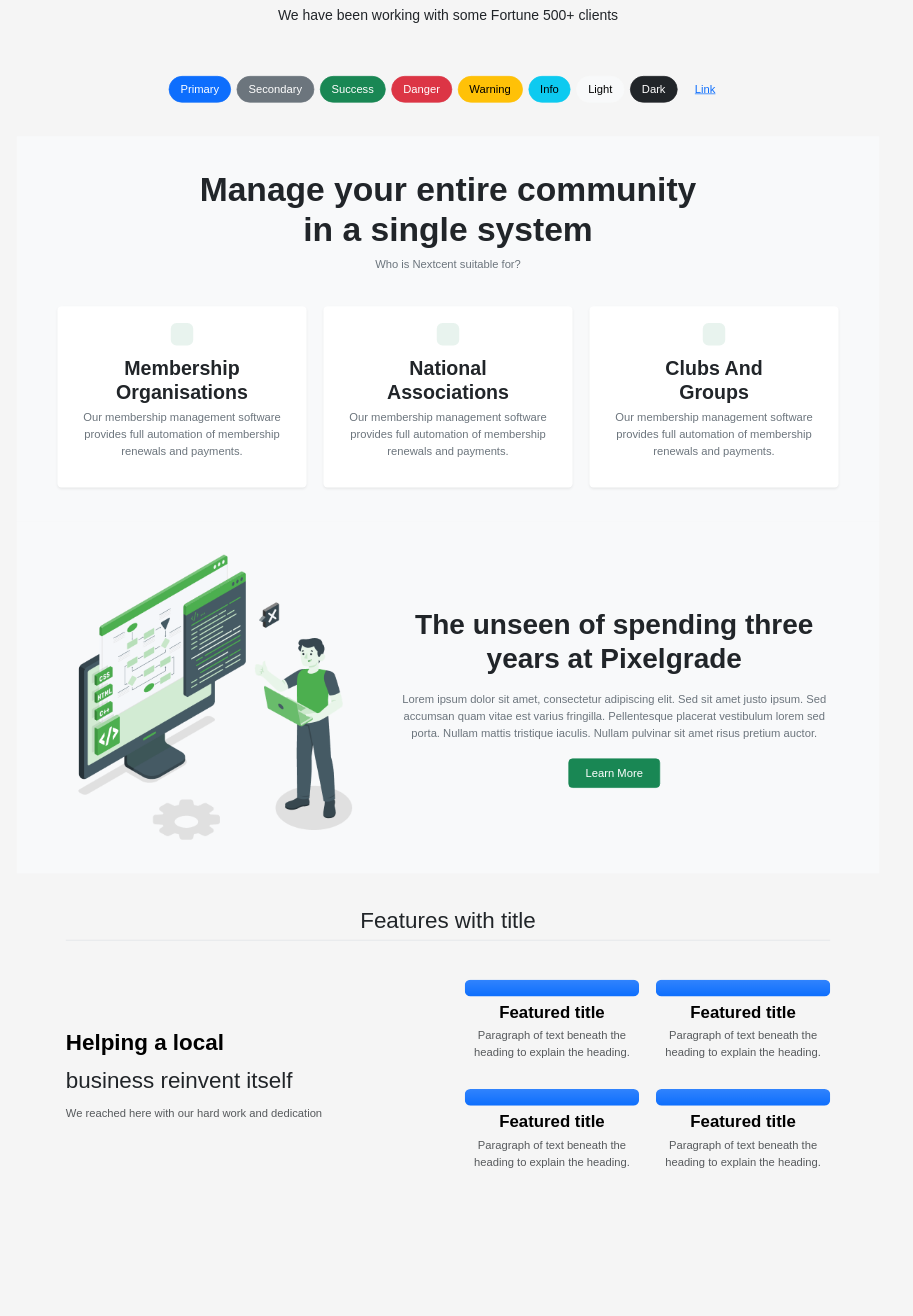
Repository: Laibaaa10/Bootstrap1
Page: index.html
The author's editor kept a copy of each file at every save. The page is drawn from the files as they stood at one save, then again after the next save.
The browser window is 1280 px wide. The page is 1304 px wide, so the pictures cover 1304 px, including what lies to the right of the window. The pictures show the part of the page from y = 972 to 2852 px (the page is 2852 px tall before and 2315 px after), at 70% of full size.

Above is the page before, as saved 2026-06-18 07:41:29.

### index.html
<!DOCTYPE html>
<html lang="en">

<head>
    <meta charset="UTF-8">
    <meta name="viewport" content="width=device-width, initial-scale=1.0">
    <title>Navbar</title>
    <link href="https://cdn.jsdelivr.net/npm/bootstrap@5.3.3/dist/css/bootstrap.min.css" rel="stylesheet">
    <link rel="stylesheet" href="style.css">
</head>

<body>
    <!-- Navbar start  -->

    <nav class="navbar navbar-expand-lg custom-navbar">
        <div class="container">


            <a class="navbar-brand d-flex align-items-center w-" href="#">
                <img src="./images/Logo (1).png" alt="Logo" class="logo">
            </a>



            <button class="navbar-toggler" type="button" data-bs-toggle="collapse" data-bs-target="#navbarContent">
                <span class="navbar-toggler-icon"></span>
            </button>

            <div class="collapse navbar-collapse" id="navbarContent">

                <ul class="navbar-nav mx-auto mb-2 mb-lg-0">
                    <li class="nav-item">
                        <a class="nav-link active" href="#">Home</a>
                    </li>
                    <li class="nav-item">
                        <a class="nav-link" href="#">Features</a>
                    </li>
                    <li class="nav-item">
                        <a class="nav-link" href="#">Community</a>
                    </li>
                    <li class="nav-item">
                        <a class="nav-link" href="#">Blog</a>
                    </li>
                    <li class="nav-item">
                        <a class="nav-link" href="#">Pricing</a>
                    </li>
                </ul>
                <a href="#" class="btn register-btn">
                    Register Now →
                </a>

            </div>
        </div>
    </nav>
    <!-- Navbar end -->

    <!-- Hero section start  -->

    <div class="row flex-lg-row-reverse align-items-center g-5 py-5">
        <div class="col-10 col-sm-8 col-lg-6"> <img src="./images/Illustration.png" class="d-block mx-lg-auto img-fluid"
                alt="Bootstrap Themes" width="700" height="500" loading="lazy"> </div>
        <div class="col-lg-6">
            <h1 class="display-5 fw-bold text-body-emphasis lh-1 mb-3">Lessons and insights</h1>
            <h1 class="display-5 fw-bold text-body-emphasis lh-1 mb-3 bg">from 8 years</h1>
            <p class="lead">where to grow your business as a photographer: site or social media</p>
            <div class="d-grid gap-2 d-md-flex justify-content-md-start"> <button type="button"
                    class="btn btn-outline-secondary btn-lg px-4 bgcolor">Register</button> </div>
        </div>
    </div>

    <div class="px-4 py-5 my-5 text-center">
        <h1 class="display-5 fw-bold text-body-emphasis">Our Clients</h1>
        <div class="col-lg-6 mx-auto">
            <p class="lead mb-4">We have been working with some Fortune 500+ clients</p>
        </div>
        <div class="d-flex gap-2 justify-content-center py-5"> <button class="btn btn-primary rounded-pill px-3"
                type="button">Primary</button> <button class="btn btn-secondary rounded-pill px-3"
                type="button">Secondary</button> <button class="btn btn-success rounded-pill px-3"
                type="button">Success</button> <button class="btn btn-danger rounded-pill px-3"
                type="button">Danger</button> <button class="btn btn-warning rounded-pill px-3"
                type="button">Warning</button> <button class="btn btn-info rounded-pill px-3"
                type="button">Info</button> <button class="btn btn-light rounded-pill px-3" type="button">Light</button>
            <button class="btn btn-dark rounded-pill px-3" type="button">Dark</button> <button
                class="btn btn-link rounded-pill px-3" type="button">Link</button> </div>


             <section class="py-5 bg-light">
    <div class="container">

        <div class="text-center mb-5">
            <h1 class="fw-bold display-5 text-dark">
                Manage your entire community <br>
                in a single system
            </h1>

            <p class="text-secondary">
                Who is Nextcent suitable for?
            </p>
        </div>

        <div class="row g-4">
            <div class="col-md-4">
                <div class="card border-0 shadow-sm h-100 text-center p-4">

                    <div class="mx-auto bg-success bg-opacity-10 rounded-3 p-3 mb-3">
                        <i class="bi bi-people fs-2 text-success"></i>
                    </div>

                    <h3 class="fw-bold">
                        Membership <br> Organisations
                    </h3>

                    <p class="text-secondary">
                        Our membership management software provides full automation of membership renewals and payments.
                    </p>

                </div>
            </div>
            <div class="col-md-4">
                <div class="card border-0 shadow-sm h-100 text-center p-4">

                    <div class="mx-auto bg-success bg-opacity-10 rounded-3 p-3 mb-3">
                        <i class="bi bi-building fs-2 text-success"></i>
                    </div>

                    <h3 class="fw-bold">
                        National <br> Associations
                    </h3>

                    <p class="text-secondary">
                        Our membership management software provides full automation of membership renewals and payments.
                    </p>

                </div>
            </div>
            <div class="col-md-4">
                <div class="card border-0 shadow-sm h-100 text-center p-4">

                    <div class="mx-auto bg-success bg-opacity-10 rounded-3 p-3 mb-3">
                        <i class="bi bi-diagram-3 fs-2 text-success"></i>
                    </div>

                    <h3 class="fw-bold">
                        Clubs And <br> Groups
                    </h3>

                    <p class="text-secondary">
                        Our membership management software provides full automation of membership renewals and payments.
                    </p>

                </div>
            </div>

        </div>

    </div>
</section>

<section class="bg-light py-5">
    <div class="container">
        <div class="row align-items-center">

            <!-- Image Section -->
            <div class="col-lg-5 text-center mb-4 mb-lg-0">
                <img src="illustration.png" alt="Illustration"
                     class="img-fluid">
            </div>

            <!-- Content Section -->
            <div class="col-lg-7">
                <h1 class="fw-bold text-dark mb-4">
                    The unseen of spending three years at Pixelgrade
                </h1>

                <p class="text-secondary mb-4">
                    Lorem ipsum dolor sit amet, consectetur adipiscing elit.
                    Sed sit amet justo ipsum. Sed accumsan quam vitae est
                    varius fringilla. Pellentesque placerat vestibulum lorem
                    sed porta. Nullam mattis tristique iaculis. Nullam pulvinar
                    sit amet risus pretium auctor.
                </p>

                <button class="btn btn-success px-4 py-2">
                    Learn More
                </button>
            </div>

        </div>
    </div>
</section>

<div class="container px-4 py-5">
    <h2 class="pb-2 border-bottom">Features with title</h2>
    <div class="row row-cols-1 row-cols-md-2 align-items-md-center g-5 py-5">
         <div class="col d-flex flex-column align-items-start gap-2">
             <h2 class="fw-bold text-body-emphasis">Helping a local </h2>
             <h2>business reinvent itself</h2>
              <p class="text-body-secondary">We reached here with our hard work and dedication</p>
             </div>
              <div class="col"> <div class="row row-cols-1 row-cols-sm-2 g-4">
                <div class="col d-flex flex-column gap-2">
                    <div class="feature-icon-small d-inline-flex align-items-center justify-content-center text-bg-primary bg-gradient fs-4 rounded-3">
                        <svg class="bi" width="1em" height="1em" aria-hidden="true">
                             <use xlink:href="#collection">
                             </use>
                            </svg>
                         </div>
                          <h4 class="fw-semibold mb-0 text-body-emphasis">Featured title</h4>
                           <p class="text-body-secondary">Paragraph of text beneath the heading to explain the heading.</p>
                        </div>
                         <div class="col d-flex flex-column gap-2">
                            <div class="feature-icon-small d-inline-flex align-items-center justify-content-center text-bg-primary bg-gradient fs-4 rounded-3">
                                <svg class="bi" width="1em" height="1em" aria-hidden="true">
                                     <use xlink:href="#gear-fill">
                                     </use>
                                    </svg>
                                </div>
                                 <h4 class="fw-semibold mb-0 text-body-emphasis">Featured title</h4>
                                  <p class="text-body-secondary">Paragraph of text beneath the heading to explain the heading.</p>
                                </div>
                                <div class="col d-flex flex-column gap-2">
                                     <div class="feature-icon-small d-inline-flex align-items-center justify-content-center text-bg-primary bg-gradient fs-4 rounded-3">
                                        <svg class="bi" width="1em" height="1em" aria-hidden="true"> <use xlink:href="#speedometer"></use>
                                        </svg>
                                     </div>
                                      <h4 class="fw-semibold mb-0 text-body-emphasis">Featured title</h4>
                                      <p class="text-body-secondary">Paragraph of text beneath the heading to explain the heading.</p>
                                     </div>
                                      <div class="col d-flex flex-column gap-2"> <div class="feature-icon-small d-inline-flex align-items-center justify-content-center text-bg-primary bg-gradient fs-4 rounded-3"> <svg class="bi" width="1em" height="1em" aria-hidden="true">
                                         <use xlink:href="#table"></use>
                                        </svg>
                                    </div>
                                     <h4 class="fw-semibold mb-0 text-body-emphasis">Featured title</h4>
                                     <p class="text-body-secondary">Paragraph of text beneath the heading to explain the heading.</p>
                                     </div>
                                    </div>
                                 </div>
                                 </div>
                                </div>

</body>
</html>


<!-- Hero section end  -->
        <script src="https://cdn.jsdelivr.net/npm/bootstrap@5.3.3/dist/js/bootstrap.bundle.min.js"></script>

</body>

</html>

### style.css
body {
    margin: 0;
    background: #f5f5f5;
    font-family: Arial, sans-serif;
}

.custom-navbar {
    background: #ffffff;
    padding: 12px 0;
    box-shadow: 0 1px 5px rgba(0,0,0,0.05);
}

.logo {
    height: 45px;
    width: auto;
}

.navbar-nav .nav-link {
    color: #333;
    font-size: 15px;
    font-weight: 500;
    margin: 0 12px;
    transition: 0.3s;
}

.navbar-nav .nav-link:hover,
.navbar-nav .nav-link.active {
    color: #28a745;
}

.register-btn {
    background: #4CAF50;
    color: #fff;
    padding: 10px 24px;
    border-radius: 4px;
    font-size: 14px;
    font-weight: 500;
    text-decoration: none;
    transition: 0.3s;
}

.register-btn:hover {
    background: #43a047;
    color: #fff;
}

@media (max-width: 991px) {
    .navbar-nav {
        text-align: center;
        padding: 15px 0;
    }

    .register-btn {
        display: block;
        width: fit-content;
        margin: 15px auto 0;
    }
}
.bgcolor{
    background-color: #4CAF4F;
    text-decoration: none;
    color: white;
}

After the next save:
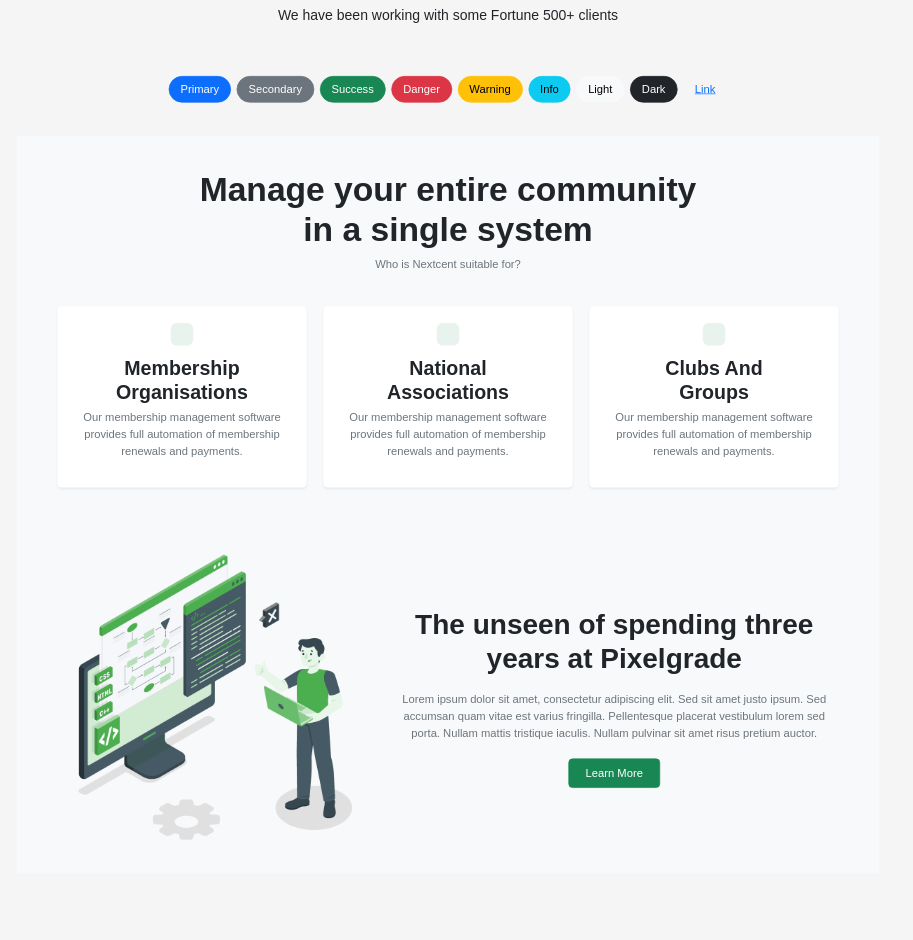
Saved 2 min 13 s later.
--- a/index.html
+++ b/index.html
@@ -189,54 +189,7 @@
     </div>
 </section>
 
-<div class="container px-4 py-5">
-    <h2 class="pb-2 border-bottom">Features with title</h2>
-    <div class="row row-cols-1 row-cols-md-2 align-items-md-center g-5 py-5">
-         <div class="col d-flex flex-column align-items-start gap-2">
-             <h2 class="fw-bold text-body-emphasis">Helping a local </h2>
-             <h2>business reinvent itself</h2>
-              <p class="text-body-secondary">We reached here with our hard work and dedication</p>
-             </div>
-              <div class="col"> <div class="row row-cols-1 row-cols-sm-2 g-4">
-                <div class="col d-flex flex-column gap-2">
-                    <div class="feature-icon-small d-inline-flex align-items-center justify-content-center text-bg-primary bg-gradient fs-4 rounded-3">
-                        <svg class="bi" width="1em" height="1em" aria-hidden="true">
-                             <use xlink:href="#collection">
-                             </use>
-                            </svg>
-                         </div>
-                          <h4 class="fw-semibold mb-0 text-body-emphasis">Featured title</h4>
-                           <p class="text-body-secondary">Paragraph of text beneath the heading to explain the heading.</p>
-                        </div>
-                         <div class="col d-flex flex-column gap-2">
-                            <div class="feature-icon-small d-inline-flex align-items-center justify-content-center text-bg-primary bg-gradient fs-4 rounded-3">
-                                <svg class="bi" width="1em" height="1em" aria-hidden="true">
-                                     <use xlink:href="#gear-fill">
-                                     </use>
-                                    </svg>
-                                </div>
-                                 <h4 class="fw-semibold mb-0 text-body-emphasis">Featured title</h4>
-                                  <p class="text-body-secondary">Paragraph of text beneath the heading to explain the heading.</p>
-                                </div>
-                                <div class="col d-flex flex-column gap-2">
-                                     <div class="feature-icon-small d-inline-flex align-items-center justify-content-center text-bg-primary bg-gradient fs-4 rounded-3">
-                                        <svg class="bi" width="1em" height="1em" aria-hidden="true"> <use xlink:href="#speedometer"></use>
-                                        </svg>
-                                     </div>
-                                      <h4 class="fw-semibold mb-0 text-body-emphasis">Featured title</h4>
-                                      <p class="text-body-secondary">Paragraph of text beneath the heading to explain the heading.</p>
-                                     </div>
-                                      <div class="col d-flex flex-column gap-2"> <div class="feature-icon-small d-inline-flex align-items-center justify-content-center text-bg-primary bg-gradient fs-4 rounded-3"> <svg class="bi" width="1em" height="1em" aria-hidden="true">
-                                         <use xlink:href="#table"></use>
-                                        </svg>
-                                    </div>
-                                     <h4 class="fw-semibold mb-0 text-body-emphasis">Featured title</h4>
-                                     <p class="text-body-secondary">Paragraph of text beneath the heading to explain the heading.</p>
-                                     </div>
-                                    </div>
-                                 </div>
-                                 </div>
-                                </div>
+
 
 </body>
 </html>
